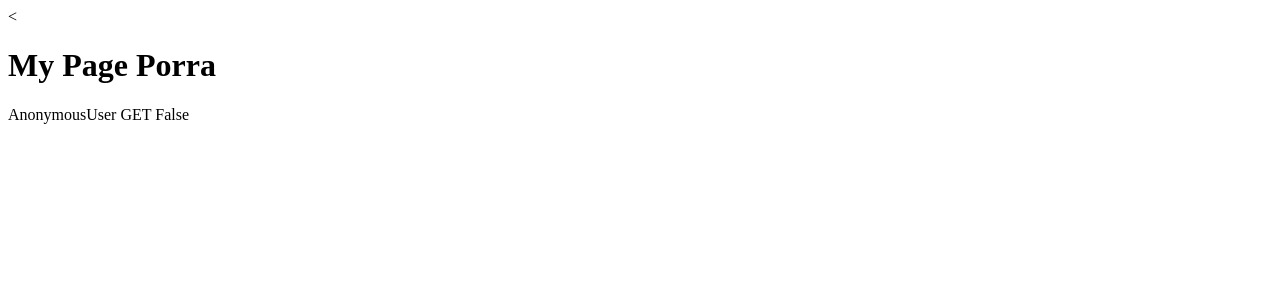
Repository: Arturgouveia1970/SaaS-art-sample
Page: http://localhost/
These files come from the project's save history. The page is drawn as it stood at one moment and after the next save; the edit follows.
The browser window is 1280 px wide. The pictures show the whole page.
The page is served by the project's application, run on Django 5.2 (src/manage.py).

Above is the page before, as saved 2025-02-24 10:36:49.

After the next save:
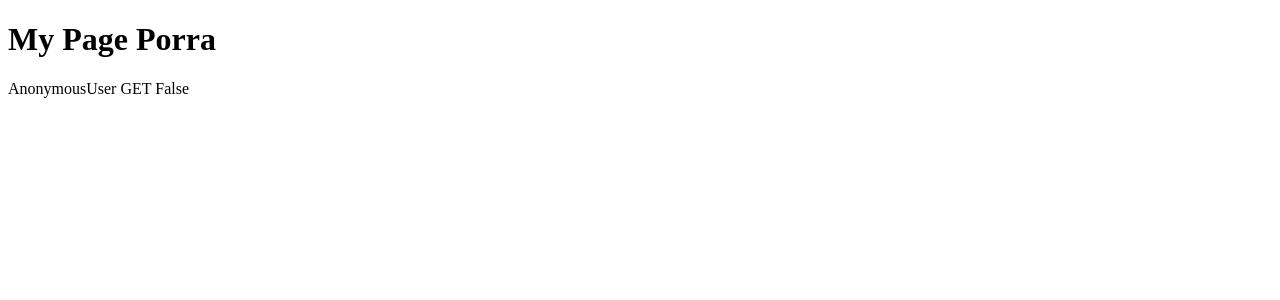
Saved 4 s later.
--- a/src/templates/home.html
+++ b/src/templates/home.html
@@ -1,4 +1,4 @@
-<
+<!DOCTYPE html>
 <html lang="en">
 <head>
     <meta charset="UTF-8">
